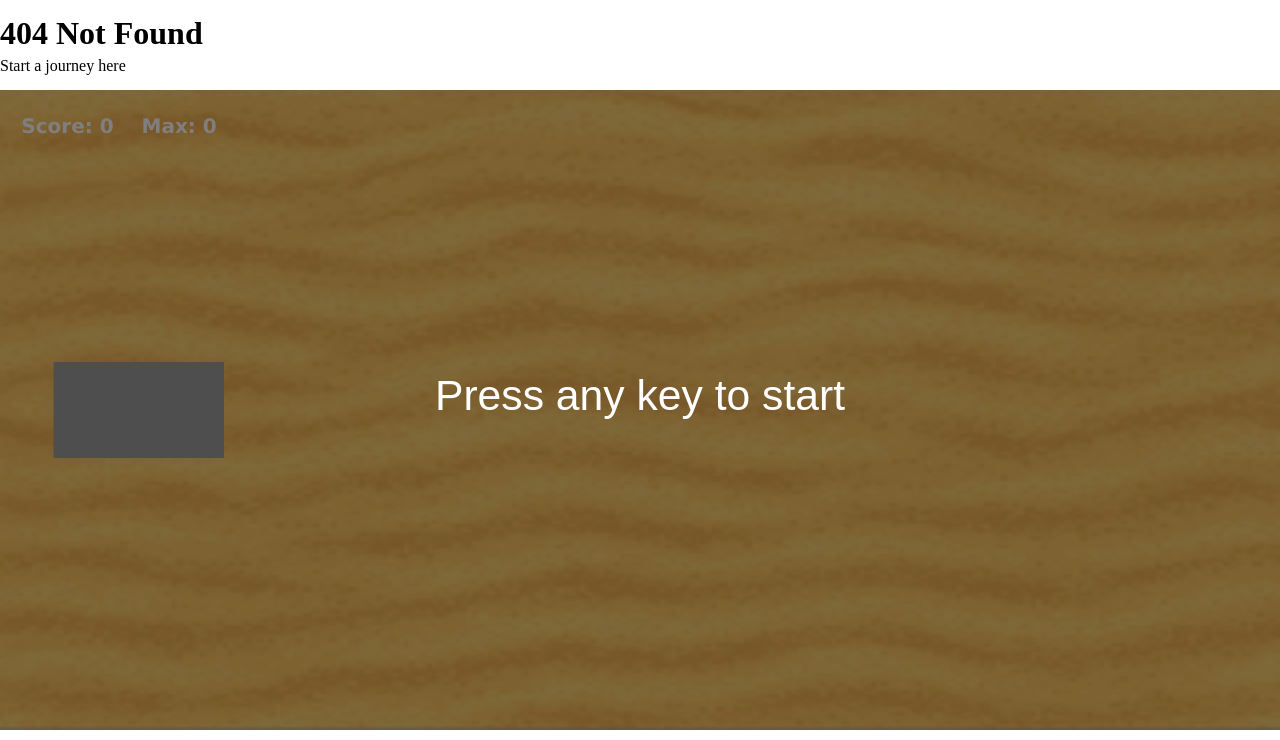
Repository: btgoo/game
Page: car.html
An editor plug-in stored every save of this project. The page is shown before and after a run of saves, followed by the edit.
The browser window is 1280 px wide. The pictures show the whole page.

Above is the page before, as saved 2025-10-26 02:44:18.

After the next 2 saves:
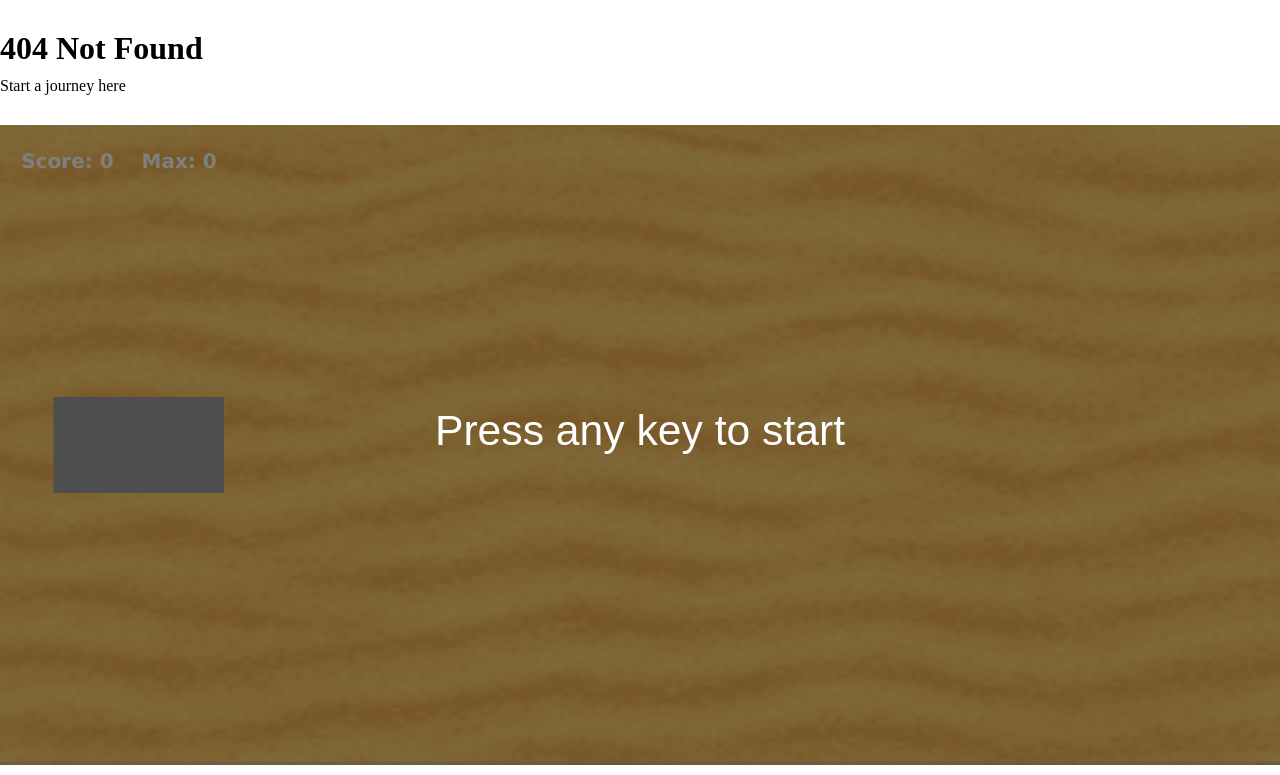
The 2 saves are shown as one change because they came seconds apart.
The last was saved 9 s later.
--- a/car_style.css
+++ b/car_style.css
@@ -1,7 +1,7 @@
 * {
     padding: 0px;
-    padding-top: 5px;
-    padding-bottom: 5px;
+    padding-top: 10px;
+    padding-bottom: 10px;
     margin: 0px;
 }
 body{
